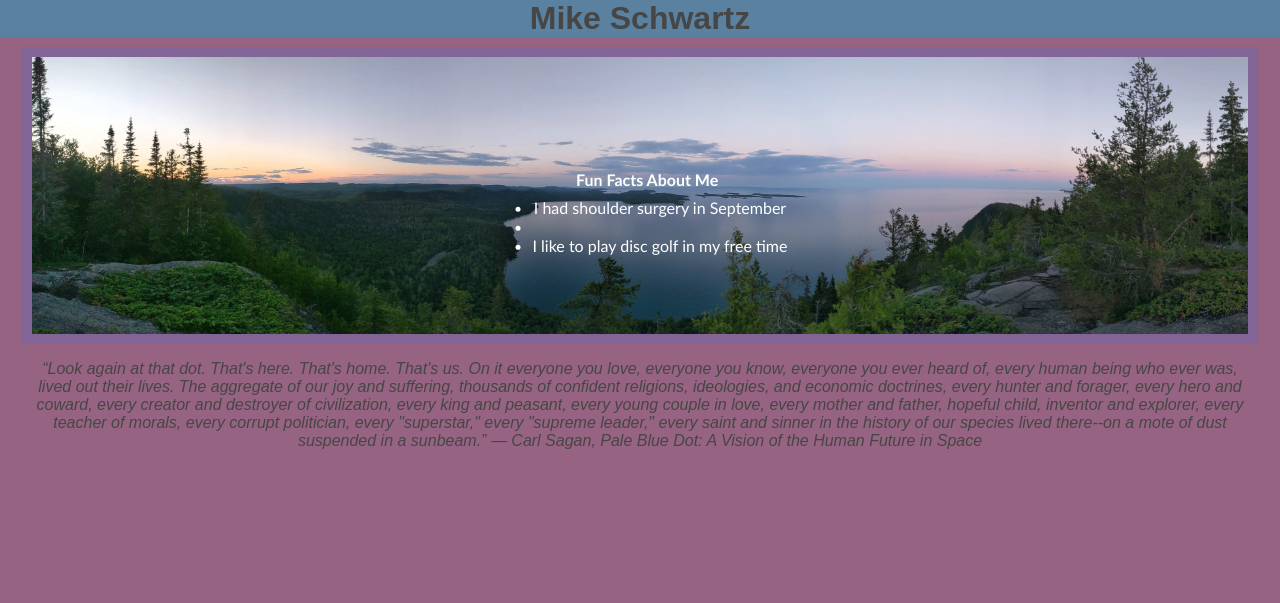
Repository: Ellusionism/prime-pw-week-1-assignment
Page: assignment/index.html
These files come from the project's save history. The page is drawn as it stood at one moment and after a run of saves; the edit follows.
The browser window is 1280 px wide. The pictures show the whole page.

Above is the page before, as saved 2022-10-26 16:16:47.

After the next 2 saves:
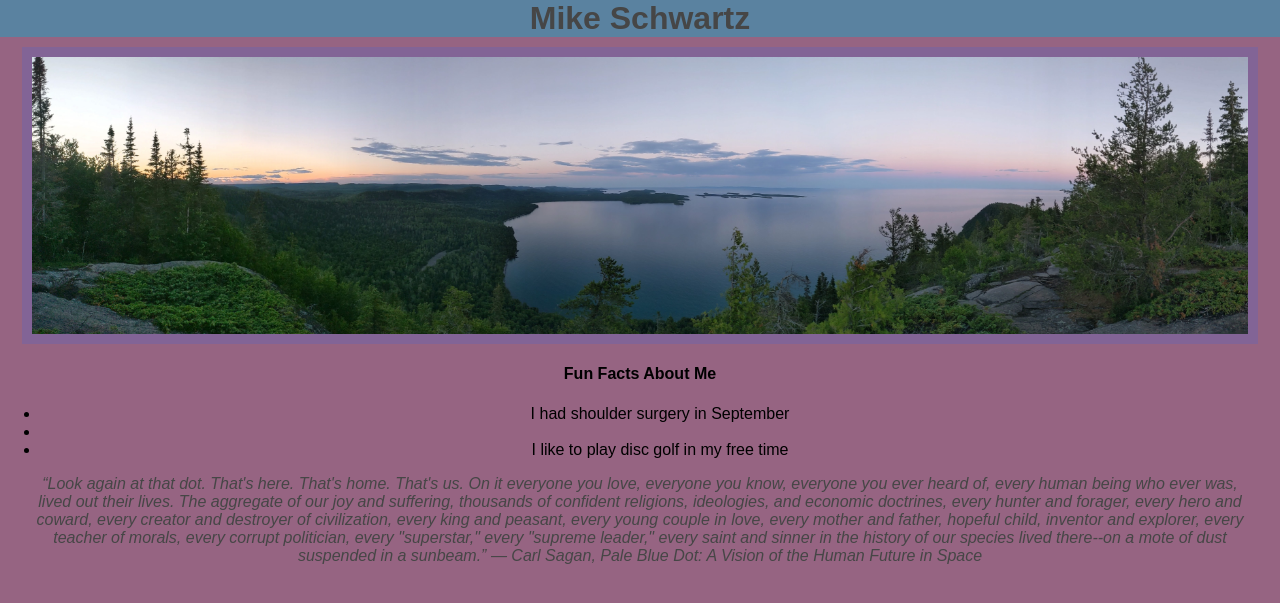
The 2 saves are shown as one change because they came seconds apart.
The last was saved 22 s later.
--- a/assignment/index.html
+++ b/assignment/index.html
@@ -19,8 +19,8 @@
     <!-- Include an image -->
     <div class="container">
         <img src="mtjosephine.jpg" alt="Mount Josephine summit view" class="img">
-        <h4 class="fun-facts">Fun Facts About Me</h4>
-        <ul class="fun-facts-list">
+        <h4 class="facts">Fun Facts About Me</h4>
+        <ul class="facts-list">
             <li>I had shoulder surgery in September</li>
             <li></li>
             <li>I like to play disc golf in my free time</li>
